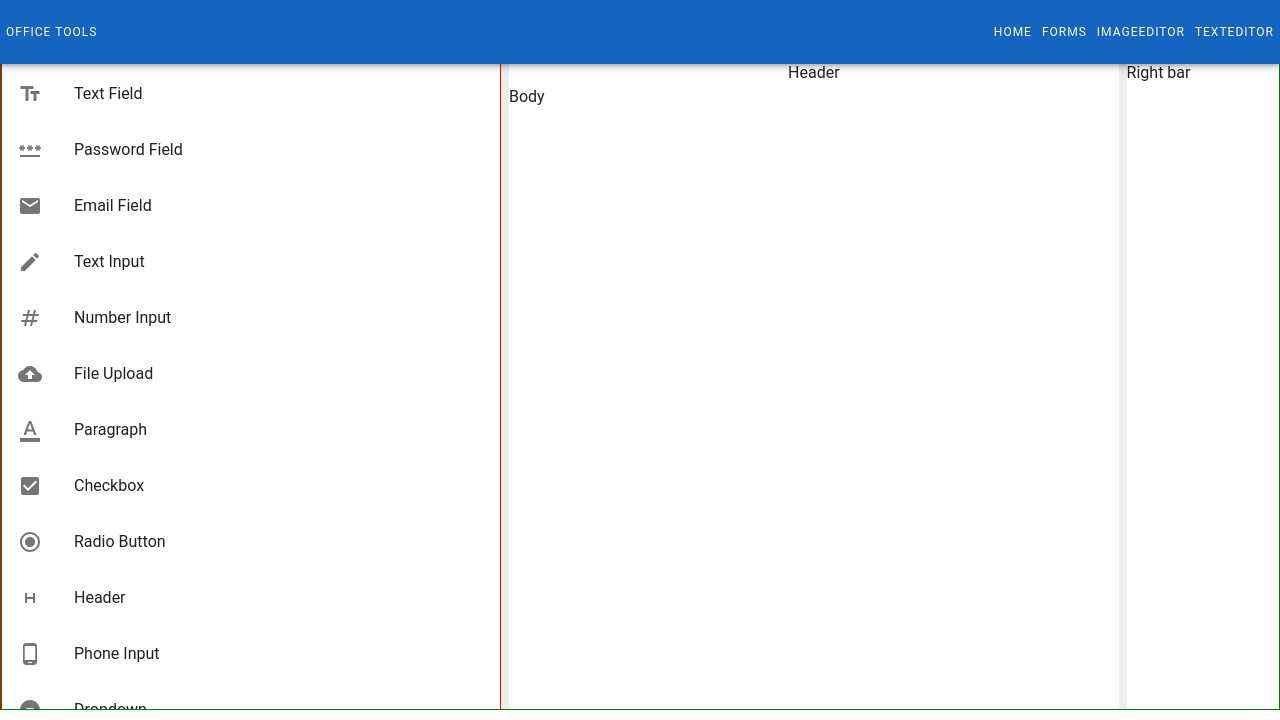
Repository: Vijay-Singh1/office-tools
Page: /form-builder/Create-Form
An editor plug-in stored every save of this project. The page is shown before and after the next save, followed by the edit.
The browser window is 1280 px wide. The pictures show the whole page.
An inner scrolling area shows only its first screen. The project was rebuilt for these pictures with package versions that can differ from the ones it lists, and the page was loaded fresh each time. Also part of the build but not shown: vite.config.ts, src/FormBuilderApp/src/pages/FormBuilderHome.tsx, src/FormBuilderApp/src/pages/OpenForms.tsx, src/App.css, src/components/common/sidebar/Sidebar.tsx, src/ImageEditor/src/pages/ImageEditorHome.tsx, src/ImageEditor/src/pages/CreateImage.tsx, src/DocsEditor/src/pages/DocsEditorHome.tsx and 1 more.

Above is the page before, as saved 2024-09-22 20:23:43.

After the next save:
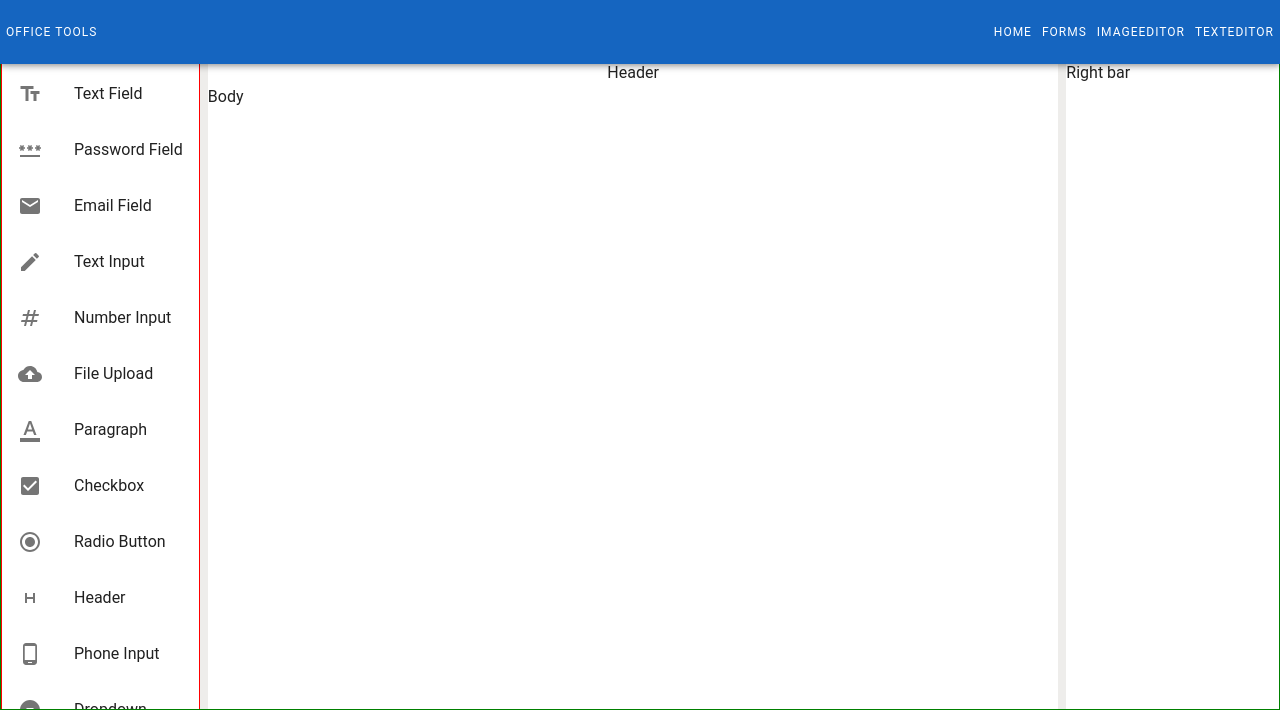
Saved 8 s later.
--- a/src/FormBuilderApp/src/components/sidebar/Sidebar.tsx
+++ b/src/FormBuilderApp/src/components/sidebar/Sidebar.tsx
@@ -103,7 +103,7 @@ const Draggable = ({ icon , text, id, label }) => {
 const FormSidebar:React.FC<SidebarItem> = () => {
   return (
     <Box
-    width="500px"
+    // width="0px"
     bgcolor="white"
     height={"100%"}
     border={"1px solid red"}
